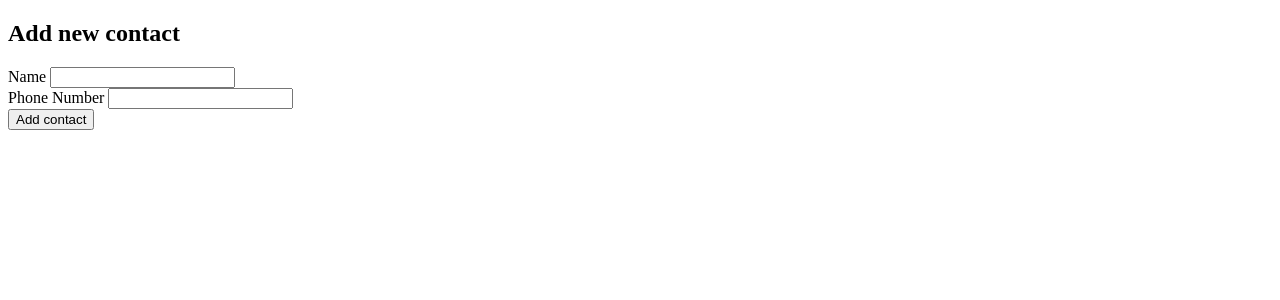
Repository: abkc727/handson-assignments
Page: Day 13 - CONTACT-APP/contact-app/WebContent/addcontacts.html
The author's editor kept a copy of each file at every save. The page is drawn from the files as they stood at one save, then again after the next save.
The browser window is 1280 px wide. The pictures show the whole page.

Above is the page before, as saved 2020-10-01 08:22:35.

After the next save:
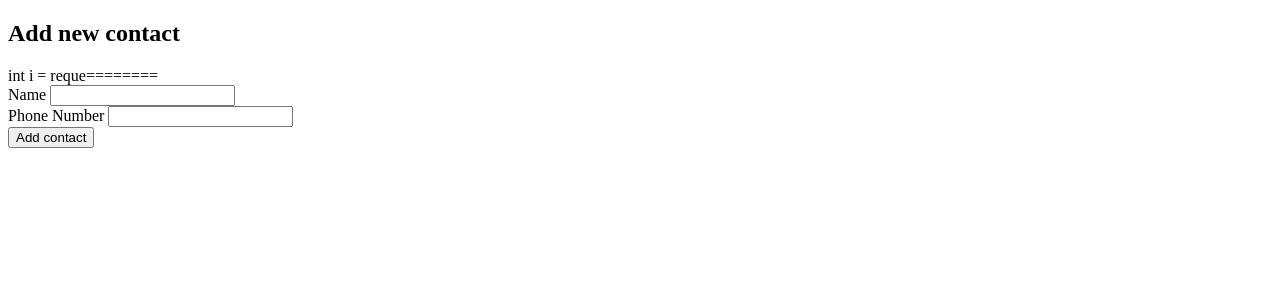
Saved 28 s later.
--- a/Day 13 - CONTACT-APP/contact-app/WebContent/addcontacts.html
+++ b/Day 13 - CONTACT-APP/contact-app/WebContent/addcontacts.html
@@ -7,6 +7,8 @@
 <body>
 
 	<h2>Add new contact</h2>
+
+	int i = reque========
 	<form action = "AddContactsServlet" method = "post">
 			<label>
 				Name <input type = "text" name = "name">
